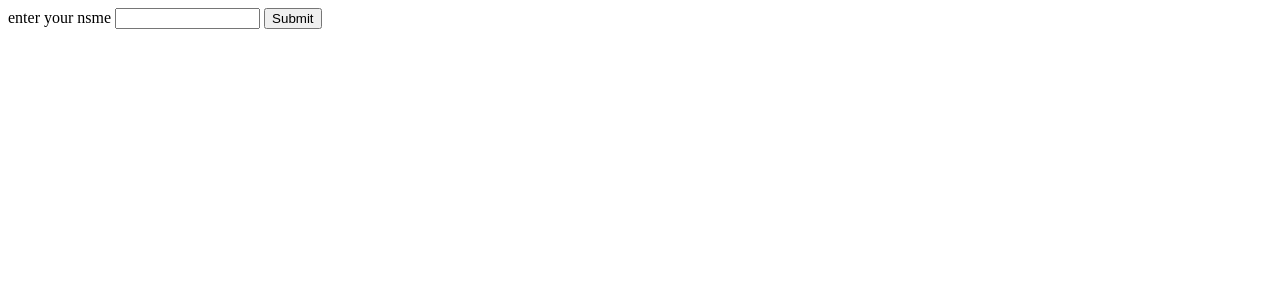
Repository: ajlazy/Day10
Page: HelloWorld/WebContent/home.html
An editor plug-in stored every save of this project. The page is shown before and after the next save, followed by the edit.
The browser window is 1280 px wide. The pictures show the whole page.

Above is the page before, as saved 2018-09-05 09:45:08.

### HelloWorld/WebContent/home.html
<!DOCTYPE html>
<html>
<head>
<meta charset="ISO-8859-1">
<title>Home Page</title>
</head>
<body>
<form>
 <label>enter your nsme</label>
 <input type="text" name="username" size="15"/>
 <input type="submit"/>
 </form>


<!-- <a href="hello">click here</a>
 --></body>
</html>

After the next save:
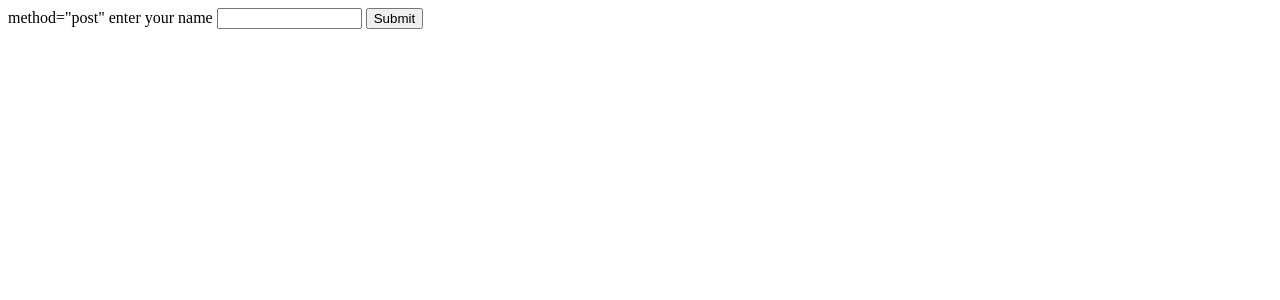
Saved 40 s later.
--- a/HelloWorld/WebContent/home.html
+++ b/HelloWorld/WebContent/home.html
@@ -5,8 +5,8 @@
 <title>Home Page</title>
 </head>
 <body>
-<form>
- <label>enter your nsme</label>
+<form action="greet"> method="post"
+ <label>enter your name</label>
  <input type="text" name="username" size="15"/>
  <input type="submit"/>
  </form>
